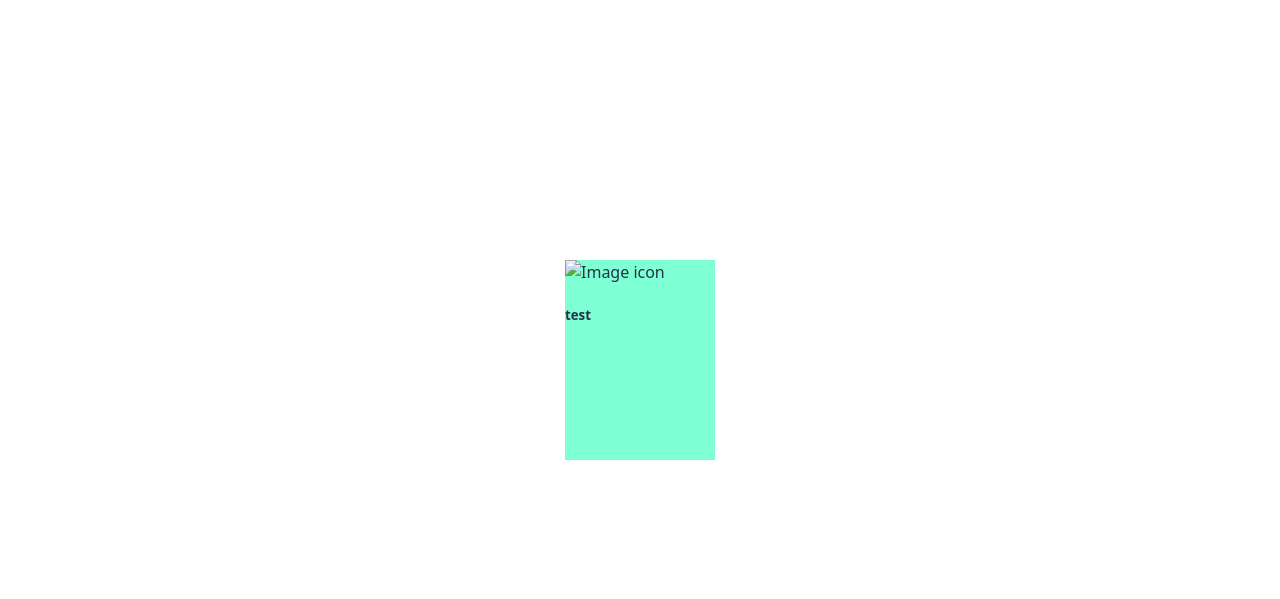
Repository: DaneJuswa/LearningReact
Page: / (app in reactProject/)
The author's editor kept a copy of each file at every save. The page is drawn from the files as they stood at one save, then again after the next save.
The browser window is 1280 px wide. The pictures show the whole page.
The project was rebuilt for these pictures with package versions that can differ from the ones it lists, and the page was loaded fresh each time. Also part of the build but not shown: reactProject/vite.config.js.

Above is the page before, as saved 2025-09-11 22:21:53.

After the next save:
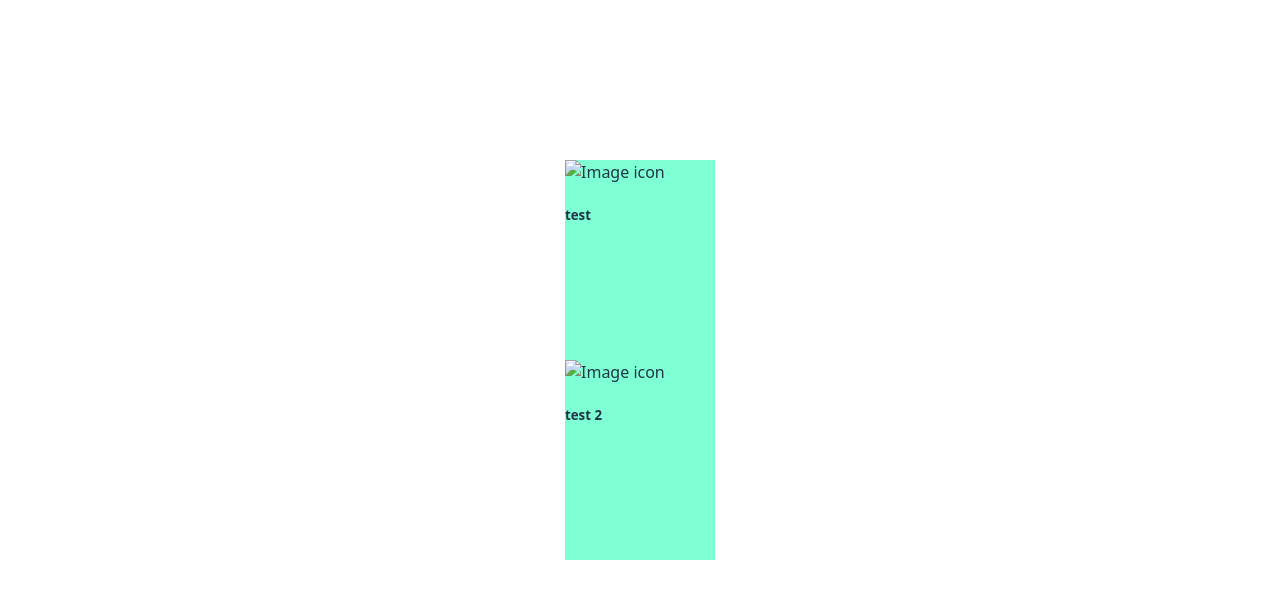
Saved 12 s later.
--- a/reactProject/src/main.jsx
+++ b/reactProject/src/main.jsx
@@ -7,5 +7,6 @@ import './index.css'
 createRoot(document.getElementById('root')).render(
   <StrictMode>
     <Cards name="test"/>
+    <Cards name="test 2"/>
   </StrictMode>,
 )
